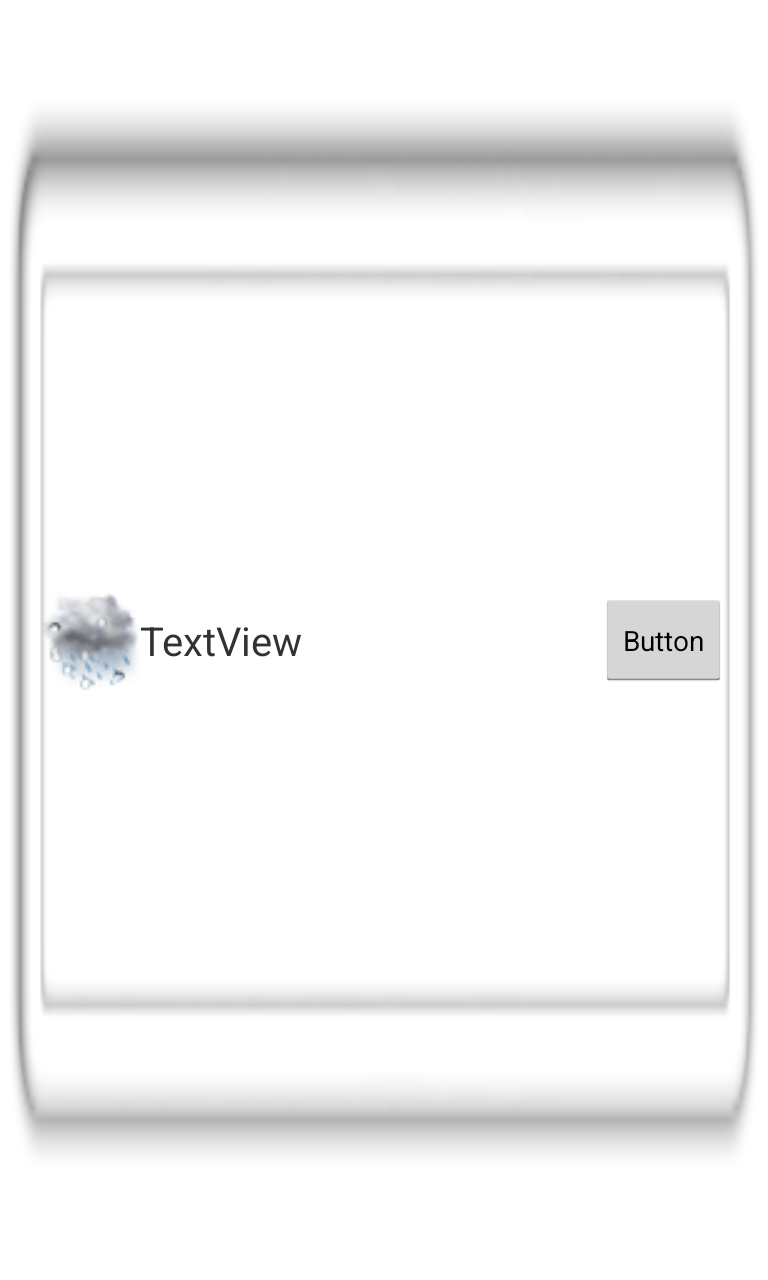
Repository: ace0625/Android-work
Layout: test-work/CountProject/res/layout/appwidget.xml
The author's editor kept a copy of each file at every save. The layout is drawn from the files as they stood at one save, then again after the next save.
It is drawn on a 768 x 1280 px phone screen (xhdpi) without system bars, with theme AppTheme; the app's code is not run.

Above is the layout before, as saved 2013-10-18 05:18:20.

### test-work/CountProject/res/layout/appwidget.xml
<?xml version="1.0" encoding="utf-8"?>
<LinearLayout xmlns:android="http://schemas.android.com/apk/res/android"
    android:layout_width="match_parent"
    android:layout_height="wrap_content"
    android:background="@drawable/sam41"
    android:gravity="center_vertical"
    android:orientation="horizontal" >

    <ImageView
        android:id="@+id/imageView1"
        android:layout_width="50dp"
        android:layout_height="50dp"
        android:layout_marginLeft="20dp"
        android:src="@drawable/rain" />

    <TextView
        android:id="@+id/textView1"
        android:layout_width="0dp"
        android:layout_height="wrap_content"
        android:layout_weight="1"
        android:text="TextView"
        android:textSize="20sp" />

    <Button
        android:id="@+id/button1"
        style="?android:attr/buttonStyleSmall"
        android:layout_width="wrap_content"
        android:layout_height="wrap_content"
        android:layout_marginRight="20dp"
        android:text="Button" />

</LinearLayout>

Loaded but not shown: test-work/CountProject/res/values/styles.xml (common file); test-work/CountProject/res/values-v11/styles.xml (common file); test-work/CountProject/res/values-v14/styles.xml (common file)

After the next save:
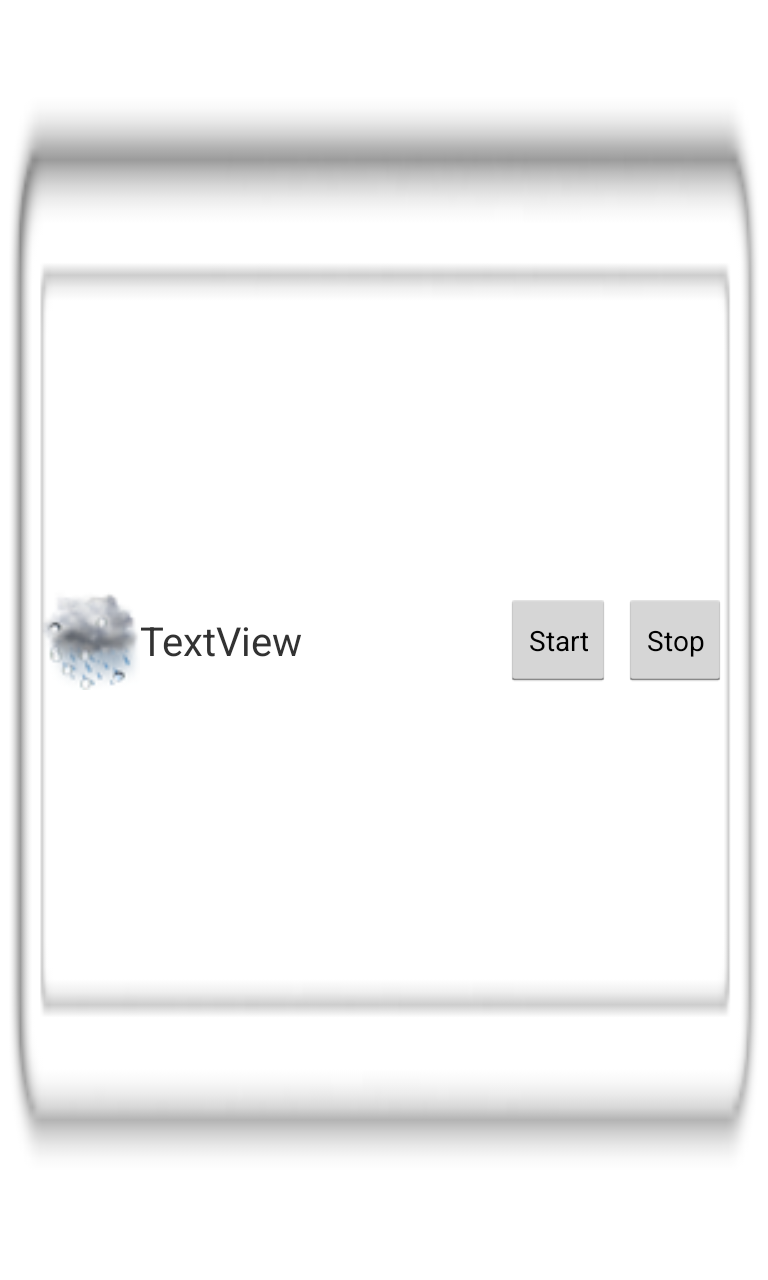
Saved 2 min 58 s later.
--- a/test-work/CountProject/res/layout/appwidget.xml
+++ b/test-work/CountProject/res/layout/appwidget.xml
@@ -26,7 +26,15 @@
         style="?android:attr/buttonStyleSmall"
         android:layout_width="wrap_content"
         android:layout_height="wrap_content"
+        android:layout_marginRight="5dp"
+        android:text="Start" />
+
+    <Button
+        android:id="@+id/button2"
+        style="?android:attr/buttonStyleSmall"
+        android:layout_width="wrap_content"
+        android:layout_height="wrap_content"
         android:layout_marginRight="20dp"
-        android:text="Button" />
+        android:text="Stop" />
 
 </LinearLayout>
